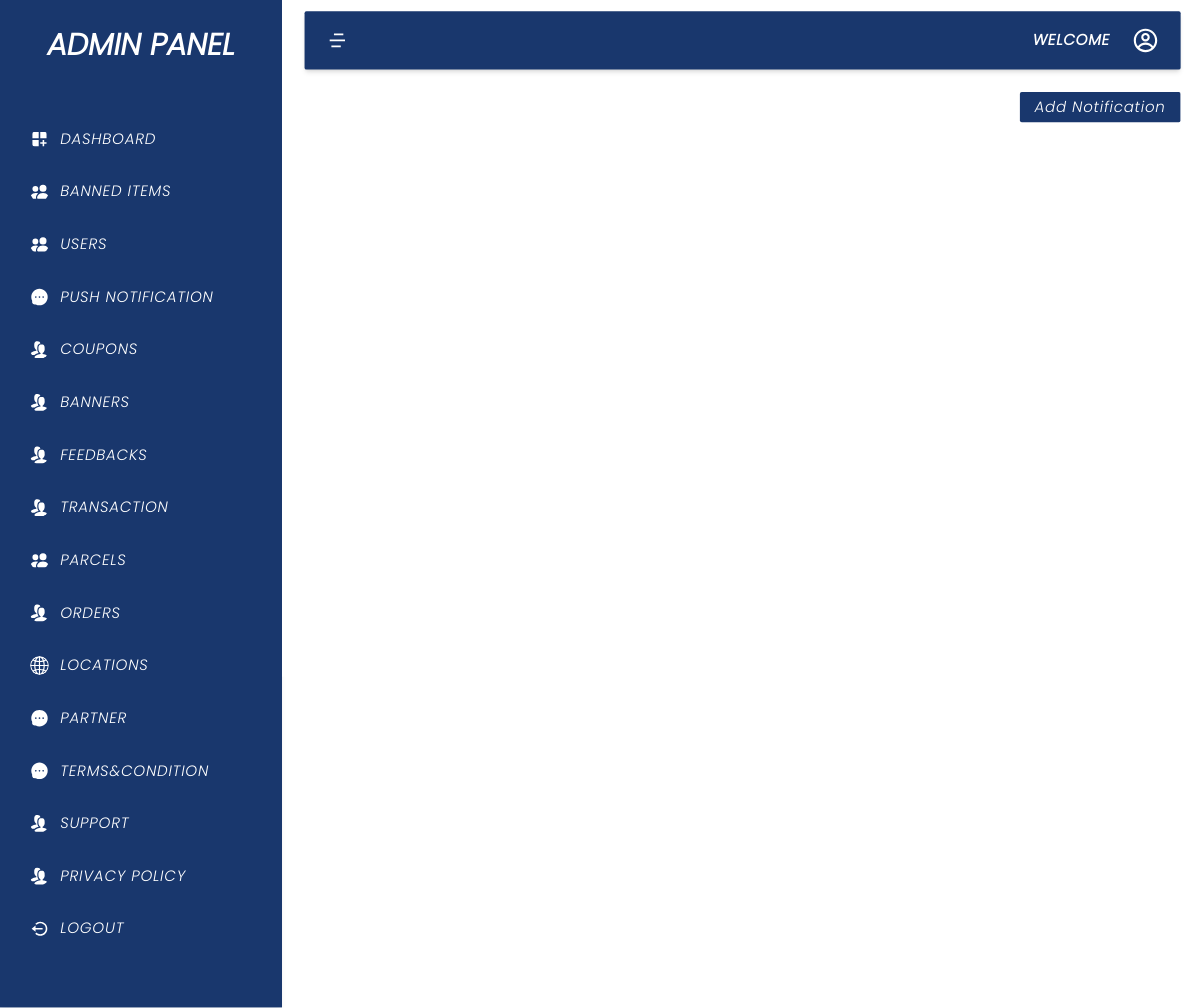
Repository: FlyweisReact/sarita
Page: /bannedItem
These files come from the project's save history. The page is drawn as it stood at one moment and after the next save; the edit follows.
The browser window is 1280 px wide. The pictures show the whole page, at 94% of full size.
Some web libraries are served in a nearby version. The project was rebuilt for these pictures with package versions that can differ from the ones it lists, and the page was loaded fresh each time. Also part of the build but not shown: src/vendorPanel/forms/VendorLogin.jsx, src/vendorPanel/pages/AdminDiscount.js, src/vendorPanel/pages/AdminReview.js, src/vendorPanel/pages/Astrologers.js, src/vendorPanel/pages/Banners.js, src/vendorPanel/pages/Booking.js, src/vendorPanel/pages/Horoscope.js, src/vendorPanel/pages/Kundli.js and 9 more.

Above is the page before, as saved 2023-04-19 15:04:42.

### public/index.html
<!-- @format -->

<!DOCTYPE html>
<html lang="en">
  <head>
    <meta charset="utf-8" />
    <meta name="viewport" content="width=device-width, initial-scale=1" />
    <meta name="theme-color" content="#000000" />
    <meta
      name="description"
      content="Web site created using create-react-app"
    />
    <link rel="apple-touch-icon" href="%PUBLIC_URL%/favicon.ico?v=2" />
    <link rel="manifest" href="%PUBLIC_URL%/manifest.json" />
    <link rel="preconnect" href="https://fonts.googleapis.com">
<link rel="preconnect" href="https://fonts.gstatic.com" crossorigin>
<link href="https://fonts.googleapis.com/css2?family=Roboto+Mono:ital,wght@1,300&display=swap" rel="stylesheet">
    <title>Ship24*7</title>
  </head>
  <body>
    <noscript>You need to enable JavaScript to run this app.</noscript>
    <div id="root"></div>
    <script src="https://code.jquery.com/jquery-3.6.0.min.js"></script>
    <script src="https://kit.fontawesome.com/b533b351e4.js" crossorigin="anonymous"></script>
  </body>
</html>

### src/index.js
import React from "react";
import ReactDOM from "react-dom/client";
import "./index.css";
import App from "./App";
import { BrowserRouter } from "react-router-dom";
import 'bootstrap/dist/css/bootstrap.min.css'

const root = ReactDOM.createRoot(document.getElementById("root"));
root.render(
  <React.StrictMode>
    <BrowserRouter>
      <App />
    </BrowserRouter>
  </React.StrictMode>
);

### src/index.css
/** @format */

@tailwind base;
@tailwind components;
@tailwind utilities;
@import url("https://fonts.googleapis.com/css2?family=Roboto+Mono:ital,wght@1,300&display=swap");
@font-face {
  font-family: Roboto;
  src: url("./Fonts/Poppins-LightItalic.ttf");
}
body {
  margin: 0;
  font-family: Roboto !important;
  -webkit-font-smoothing: antialiased;
  -moz-osx-font-smoothing: grayscale;
}

code {
  font-family: Roboto !important;
}

html {
  font-family: Roboto !important;
}

::-webkit-scrollbar {
  width: 10px;
}
.fa-trash {
  color: red;
  cursor: pointer;
}

.iCOn {

  transition: 0.5s;
  box-shadow: none;
  transform: scale(1);
}
.cardDiv{
  cursor: pointer;
}

.cardDiv:hover .iCOn{
  box-shadow: rgba(0, 0, 0, 0.35) 0px 5px 15px;
  transform: scale(1.3);
}

/* Track */
::-webkit-scrollbar-track {
  background: #f1f1f1;
}

/* Handle */
::-webkit-scrollbar-thumb {
  background: #888;
}

/* Handle on hover */
::-webkit-scrollbar-thumb:hover {
  background: #555;
}
.profileImage {
  width: 100px;
}
.fa-eye {
  color: #029aff;
  cursor: pointer;
}
.fa-edit {
  cursor: pointer;
  color: blue;
}

.View {
  border: 1px solid black;
  width: 100%;
  padding: 10px;
}

.main-card--container {
  display: grid;
  grid-template-columns: repeat(3, minmax(300px, 500px));
  grid-gap: 50px;
  justify-content: space-around;
}
.card-container {
  margin: 25px 0 auto;
  box-shadow: rgba(0, 0, 0, 0.35) 0px 5px 15px;
  position: relative;
  display: grid;
  grid-template-columns: 1fr;
  justify-content: space-around;
  align-items: flex-start;
}

.myEdit:focus {
  box-shadow: rgba(0, 0, 0, 0.35) 0px 5px 15px;
}



.AstroLogin{
  color: #fff;
  background-color: #2b7a8e;
  padding: 10px;
  width: 380px;
  text-align: center;
  font-size: 20px;
  background: linear-gradient(to left, #2b7a8e 50%, #fff 50%) right;
  background-size: 200%;
  transition: 0.5s ease-out;
  border: 1px solid #2b7a8e;
  margin-top: 10px;
  text-transform: uppercase;
}
.AstroLogin:hover {
  background-position: left;
  color: #2b7a8e;
}

.EcommerceAdminLogin{
  color: #fff;
  background-color: #19376d ;
  padding: 10px;
  width: 380px;
  text-align: center;
  font-size: 20px;
  background: linear-gradient(to left, #19376d 50%, #fff 50%) right;
  background-size: 200%;
  transition: 0.5s ease-out;
  border: 1px solid #19376d;
  margin-top: 10px;
  text-transform: uppercase;
}

.EcommerceAdminLogin:hover{
  background-position: left;
  color: #19376d;
}
.EcommerceVendorLogin{
  color: #fff;
  background-color: #576cbc;
  padding: 10px;
  width: 380px;
  text-align: center;
  font-size: 20px;
  background: linear-gradient(to left, #576cbc 50%, #fff 50%) right;
  background-size: 200%;
  transition: 0.5s ease-out;
  border: 1px solid #576cbc;
  margin-top: 10px;
  text-transform: uppercase;
}

.EcommerceVendorLogin:hover{
  background-position: left;
  color: #576cbc;
}

.view{
  background-color: #2196f3;
  color: #fff;
  width: 50%;
  padding: 5px;
}


.two-sec{
display:flex;
justify-content: space-evenly;
  justify-content: space-evenly;
}
.two-sec .left{
  width: 60%;
  background-color: #f6f1ef;
  padding: 20px;
 }
 .two-sec .left .head{
  font-size: 25px;
  font-weight: bold;
 }



.two-sec .right{
  width: 30%;
  background-color: #f6f1ef;
 }

 .searchDiv{
  width: 100%;
  display: flex;
  gap: 10px;
  border: 1px solid rgb(179, 179, 179);
  padding: 10px;
  margin-bottom: 20px;
  align-items: center;
 }
 .searchDiv input {
  width: 94%;
  outline: none;
  border: none;
 }

### src/App.js
/** @format */

import { Routes, Route } from "react-router-dom";
import { ToastContainer } from "react-toastify";
import "react-toastify/dist/ReactToastify.css";
import VendorLogin from "./vendorPanel/forms/VendorLogin";
import AdminDiscount from "./vendorPanel/pages/AdminDiscount";
import AdminReview from "./vendorPanel/pages/AdminReview";
import Astrologers from "./vendorPanel/pages/Astrologers";
import Banners from "./vendorPanel/pages/Banners";
import Booking from "./vendorPanel/pages/Booking";
import Horoscope from "./vendorPanel/pages/Horoscope";
import Kundli from "./vendorPanel/pages/Kundli";
import Message from "./vendorPanel/pages/Message";
import UploadDocs from "./vendorPanel/pages/UploadDocs";
import Users from "./vendorPanel/pages/Users";
import VendorDashboard from "./vendorPanel/pages/VendorDashboard.jsx";
import AdminUsers from "./vendorPanel/pages/AdminUsers";
import AdminBlogs from "./vendorPanel/pages/AdminBlogs";
import AdminCategory from "./vendorPanel/pages/AdminCategory";
import Support from "./vendorPanel/pages/Support";
import AdminTerms from "./vendorPanel/pages/AdminTerms";
import BannedItems from "./vendorPanel/pages/BannedItems";

function App() {
  return (
    <>
      <ToastContainer />

      <Routes>
        <Route path="/" element={<VendorLogin />} />
        <Route path="/vendorDashboard" element={<VendorDashboard />} />
        <Route path="/msg" element={<Message />} />
        <Route path="/admin/users" element={<AdminUsers />} />
        <Route path="/AdminDiscount" element={<AdminDiscount />} />
        <Route path="/Banners" element={<Banners />} />
        <Route path="/adminReviews" element={<AdminReview />} />

        <Route path="/admin/blogs" element={<AdminBlogs />} />
        <Route path="/book" element={<Booking />} />

        <Route path="/horo" element={<Horoscope />} />
        <Route path="/astro" element={<Astrologers />} />
        <Route path="/kundli" element={<Kundli />} />



        <Route path="/uploadDocs" element={<UploadDocs />} />
        <Route path="/privacy-policy" element={<Users />} />
        <Route path="/admin/category" element={<AdminCategory />} />
        <Route path="/admin/support" element={<Support />} />
        <Route path="/admin/terms" element={<AdminTerms />} />


        <Route path="/bannedItem" element={<BannedItems />} />

      </Routes>
    </>
  );
}

export default App;

### src/vendorPanel/pages/BannedItems.js
import React from 'react'
import HOC from '../layout/HOC'

const BannedItems = () => {
  return (
    <>
            <section>
            <div className="pb-4 sticky top-0  w-full flex justify-between items-center bg-white">
          <span className="tracking-widest text-slate-900 font-semibold uppercase ">

                  </span>
          <button
            className="md:py-2 px-3 md:px-4 py-1 rounded-sm bg-[#19376d] text-white tracking-wider"
          >
            Add Notification
          </button>
          </div>
            </section>
    </>
  )
}

export default HOC(BannedItems)

### src/vendorPanel/layout/HOC.jsx
import React, { useState } from "react";
import Navbar from "./Navbar";
import Sidebar from "./Sidebar";

const HOC = (Wcomponenet) => {
  return function Component() {
    const [hamb, setHamb] = useState(false);
    return (
      <>
        <section className="flex overflow-x-hidden relative">
          {/* Sidebar */}
          <div
            className={
              hamb
                ? " absolute top-0 z-30 md:w-auto shadow-md bg-slate-200  w-60 transition-all md:-left-full left duration-150  h-auto overflow-y-auto  left-0 "
                : " md:w-72 z-30 bg-slate-200  shadow-md  md:static absolute top-0 -left-full   transition-all duration-150  overflow-y-auto h-auto"
            }
            style={{minWidth : '300px'}}
          >
            <Sidebar hamb={hamb} setHamb={setHamb} />
          </div>
          {/* Components & Navbar */}
          <div
            className={
              hamb
                ? " transition-all px-4 py-2  bg-white duration-150 w-full h-screen"
                : " w-full h-screen  px-4 py-2  bg-white z-50 transition-all duration-150 "
            }
          >
            <Navbar hamb={hamb} setHamb={setHamb} />
            <div className="my-6 text-#000 h-[87%] wcomp overflow-y-auto">
              <Wcomponenet />
            </div>
          </div>
        </section>
      </>
    );
  };
};

export default HOC;

### src/vendorPanel/layout/Navbar.jsx
/** @format */

import { RiMenu4Line } from "react-icons/ri";
import { CgProfile } from "react-icons/cg";
import Form from "react-bootstrap/Form";
import { useState } from "react";
import Button from "react-bootstrap/Button";
import Modal from "react-bootstrap/Modal";
import Container from "react-bootstrap/Container";

function MyVerticallyCenteredModal(props) {
  return (
    <Modal
      {...props}
      size="lg"
      aria-labelledby="contained-modal-title-vcenter"
      centered
    >
      <Modal.Header closeButton>
        <Modal.Title id="contained-modal-title-vcenter">
          Edit Profile
        </Modal.Title>
      </Modal.Header>
      <Modal.Body>
        <Container style={{ width: "600px" }}>
          <Form>
            <Form.Group className="mb-3" controlId="formBasicEmail">
              <Form.Label>Name</Form.Label>
              <Form.Control type="text" placeholder="Admin" />
            </Form.Group>
            <Form.Group className="mb-3" controlId="formBasicPassword">
              <Form.Label>Email Address</Form.Label>
              <Form.Control type="email" placeholder="admin@gmail.com" />
            </Form.Group>
            <Form.Group className="mb-3" controlId="formBasicPassword">
              <Form.Label>Password</Form.Label>
              <Form.Control type="password" placeholder="Password" />
            </Form.Group>
            <Button
              style={{ backgroundColor: "#19376d", borderRadius: "0" }}
              type="submit"
            >
              Edit
            </Button>
          </Form>
        </Container>
      </Modal.Body>
    </Modal>
  );
}

const Navbar = ({ hamb, setHamb }) => {
  const [modalShow, setModalShow] = useState(false);

  return (
    <>
      <MyVerticallyCenteredModal
        show={modalShow}
        onHide={() => setModalShow(false)}
      />

      <div
        className={
          hamb
            ? "flex  w-full justify-between  my-1 rounded-sm  p-4 py-3 shadow-md items-center  bg-slate-200 space-x-4"
            : "flex  w-full justify-between my-1 rounded-sm  p-4 py-3 shadow-md items-center  bg-slate-200 space-x-4"
        }
        style={{ backgroundColor: "#19376d" }}
      >
        <RiMenu4Line
          onClick={() => setHamb(!hamb)}
          className="text-2xl font-bold text-gray-900 hover:scale-90 cursor-pointer"
          style={{ color: "#fff" }}
        />

        <section className="flex sm:ml-auto justify-end sm:w-full items-center space-x-2  pr-2">
          <figcaption className="tracking-wider pl-1 font-semibold">
            <div
              className="lg:text-base text-sm text-gray-900  uppercase"
              style={{ color: "#fff" }}
            >
              Welcome
            </div>
          </figcaption>
        </section>

        <CgProfile
          onClick={() => setModalShow(true)}
          className="text-2xl sm:text-3xl font-bold text-[rgb(241,146,46)] cursor-pointer"
          style={{ color: "#fff" }}
        />
      </div>
    </>
  );
};

export default Navbar;

### src/vendorPanel/layout/Sidebar.jsx
/** @format */

import React from "react";
import { RiCloseLine } from "react-icons/ri";
import { Link, useNavigate } from "react-router-dom";
import { BsFillPeopleFill } from "react-icons/bs";
import { ImUsers } from "react-icons/im";
import { BiLogOutCircle } from "react-icons/bi";
import { MdDashboardCustomize } from "react-icons/md";
import { BsGlobe2 } from "react-icons/bs";
import { AiFillMessage } from "react-icons/ai";

const Sidebar = ({ hamb, setHamb }) => {
  const navigate = useNavigate();

  const nav = [
    {
      icon: <MdDashboardCustomize className="text-xl mr-3 rounded-full " />,
      link: "/vendorDashboard",
      name: "DASHBOARD",
    },
    {
      icon: <BsFillPeopleFill className="text-xl mr-3 rounded-full " />,
      link: "/bannedItem",
      name: "Banned Items",
    },


    {
      icon: <BsFillPeopleFill className="text-xl mr-3 rounded-full " />,
      link: "/admin/users",
      name: "USERS",
    },

    {
      icon: <AiFillMessage className="text-xl mr-3 rounded-full " />,
      link: "/msg",
      name: "Push NOTIFICATION",
    },
    {
      icon: <ImUsers className="text-xl mr-3 rounded-full " />,
      link: "/AdminDiscount",
      name: "COUPONS",
    },
    {
      icon: <ImUsers className="text-xl mr-3 rounded-full " />,
      link: "/Banners",
      name: "BANNERS",
    },
    {
      icon: <ImUsers className="text-xl mr-3 rounded-full " />,
      link: "/adminReviews",
      name: "FEEDBACKS",
    },
    {
      icon: <ImUsers className="text-xl mr-3 rounded-full " />,
      link: "/admin/blogs",
      name: "Transaction",
    },
    {
      icon: <BsFillPeopleFill className="text-xl mr-3 rounded-full " />,
      link: "/astro",
      name: "Parcels",
    },

    {
      icon: <ImUsers className="text-xl mr-3 rounded-full " />,
      link: "/book",
      name: "Orders",
    },



    {
      icon: <BsGlobe2 className="text-xl mr-3 rounded-full " />,
      link: "/horo",
      name: "Locations",
    },
    {
      icon: <AiFillMessage className="text-xl mr-3 rounded-full " />,
      link: "/kundli",
      name: "Partner",
    },









    {
      icon: <AiFillMessage className="text-xl mr-3 rounded-full " />,
      link: "/admin/terms",
      name: "TERMS&CONDITION",
    },
    {
      icon: <ImUsers className="text-xl mr-3 rounded-full " />,
      link: "/admin/support",
      name: "SUPPORT",
    },
    {
      icon: <ImUsers className="text-xl mr-3 rounded-full " />,
      link: "/privacy-policy",
      name: "PRIVACY POLICY",
    },

  ];

  const logOut = () => {
    navigate("/");
  };

  return (
    <>
      <aside
        className="p-4 h-auto"
        style={{ backgroundColor: "#19376d", minHeight: "100vh" }}
      >
        {/* Top */}
        <div className="w-full md:hidden relative  p-2 mb-4">
          <RiCloseLine
            onClick={() => setHamb(!hamb)}
            className="text-3xl  absolute top-2 sm:hover:rotate-[228deg] transition-transform font-bold right-2 sm:hover:text-[22px] text-[rgb(241,146,46)] cursor-pointer"
          />
        </div>{" "}
        <figure className="flex  flex-col items-center">
          <span className="font-bold text-[#fff]" style={{ fontSize: "2rem"  , textAlign : 'center'}}>
            ADMIN PANEL
          </span>
        </figure>
        <nav className="py-6">
          {nav.map((nav) => {
            return (
              <Link
                to={nav.link}
                key={nav.name}
                className=""
                style={{ textDecoration: "none"  , textTransform : 'uppercase'}}
              >
                <span
                  className="flex my-3 items-center cursor-pointer text-gray-900    tracking-wider p-2 rounded-sm"
                  style={{ color: "#fff" }}
                >
                  {nav.icon} {nav.name}
                </span>
              </Link>
            );
          })}
          <span
            className="flex my-3 items-center cursor-pointer text-gray-900    tracking-wider p-2 rounded-sm"
            onClick={() => logOut()}
            style={{ color: "#fff", textTransform : 'uppercase' }}
          >
            <BiLogOutCircle className="text-xl mr-3 rounded-full " /> LogOut
          </span>
        </nav>
      </aside>
    </>
  );
};

export default Sidebar;

Loaded but not shown: tailwind.config.js (common file)

After the next save:
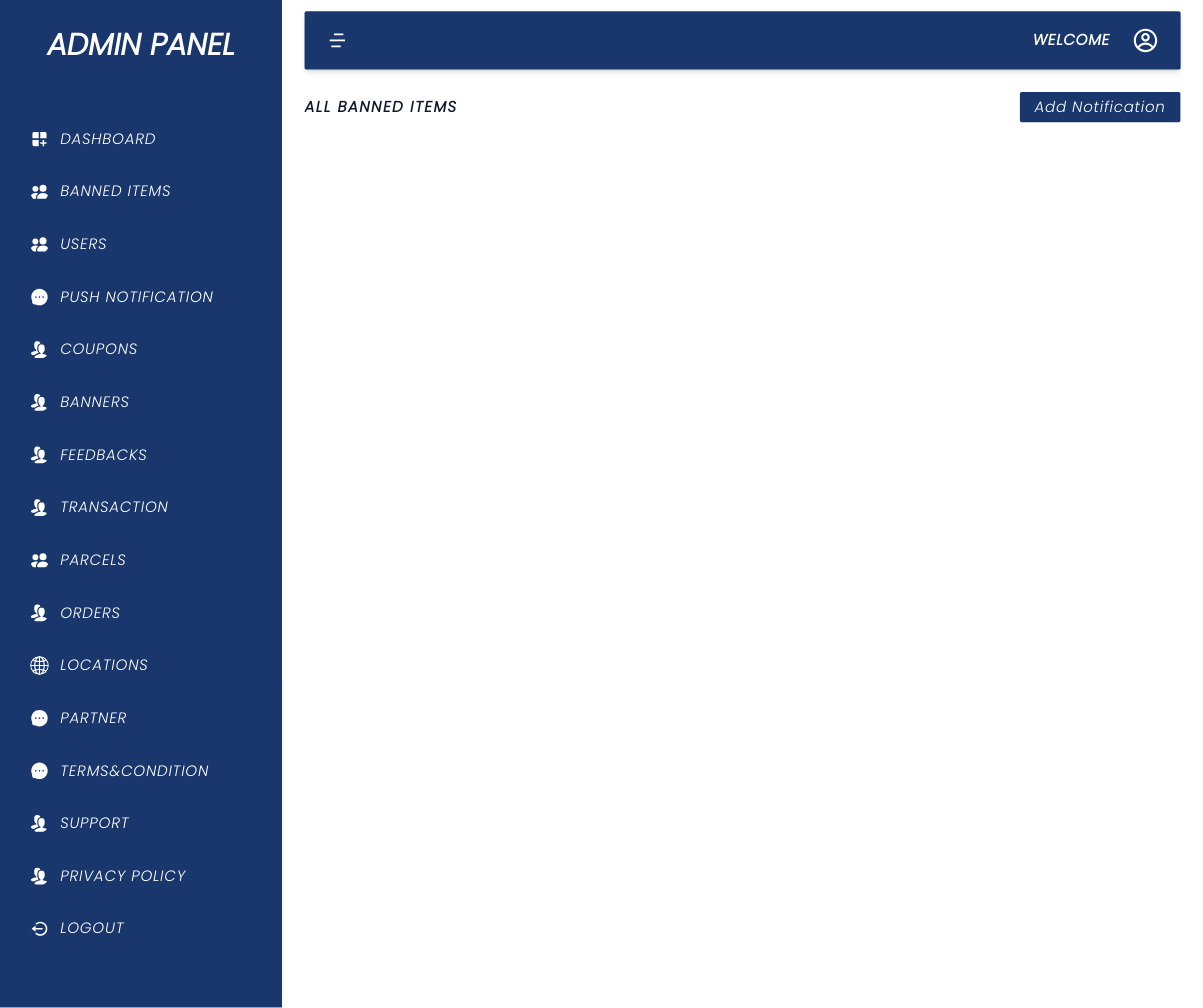
Saved 6 s later.
--- a/src/vendorPanel/pages/BannedItems.js
+++ b/src/vendorPanel/pages/BannedItems.js
@@ -7,7 +7,7 @@ const BannedItems = () => {
             <section>
             <div className="pb-4 sticky top-0  w-full flex justify-between items-center bg-white">
           <span className="tracking-widest text-slate-900 font-semibold uppercase ">
-
+        All Banned Items
                   </span>
           <button
             className="md:py-2 px-3 md:px-4 py-1 rounded-sm bg-[#19376d] text-white tracking-wider"
